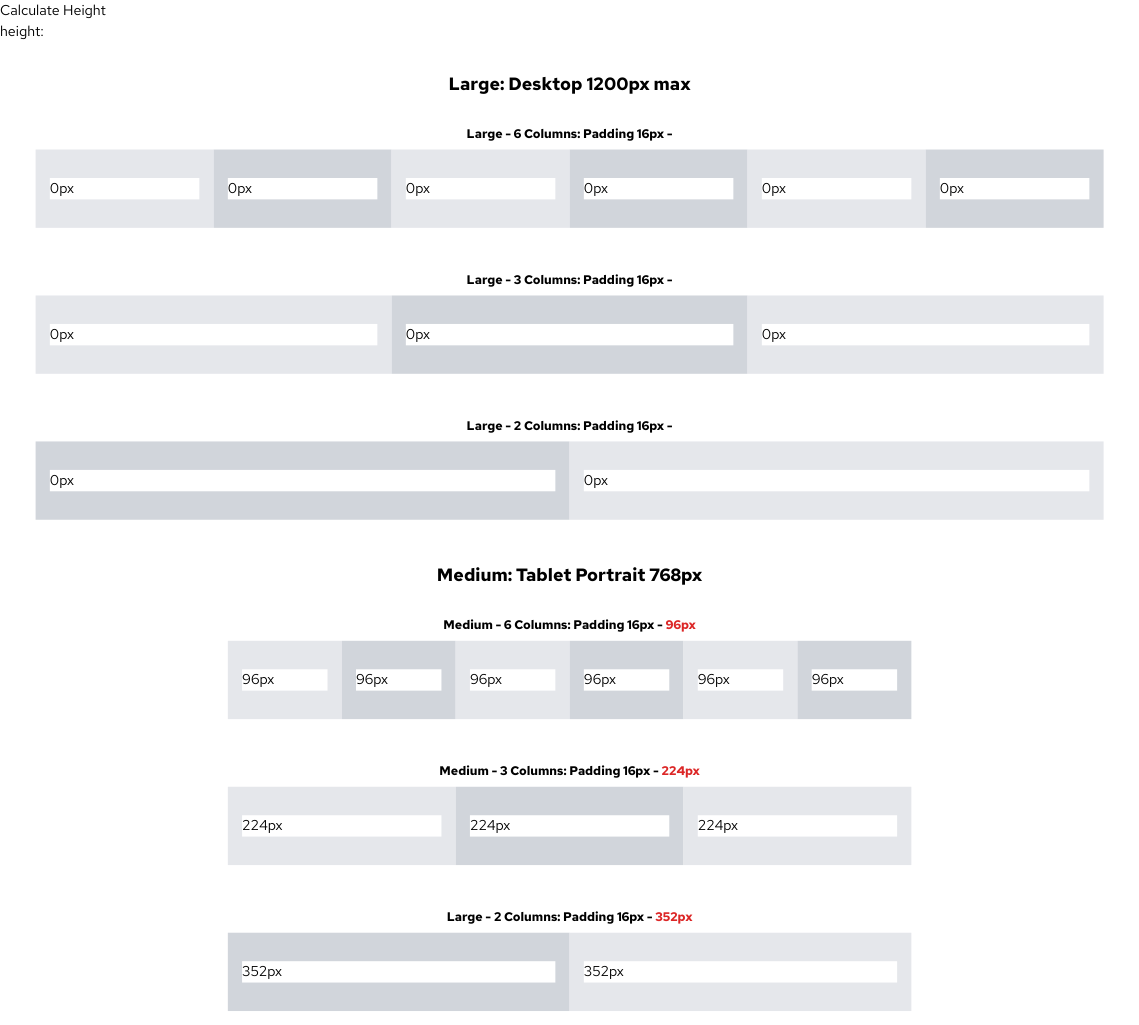
Repository: fabianwurk/vue-tailwind
Page: /
These files come from the project's save history. The page is drawn as it stood at one moment and after the next save; the edit follows.
The browser window is 1280 px wide. The pictures show the whole page, at 89% of full size.
The project was rebuilt for these pictures with package versions that can differ from the ones it lists, and the page was loaded fresh each time. Also part of the build but not shown: vite.config.js.

Above is the page before, as saved 2021-03-16 22:03:47.

After the next save:
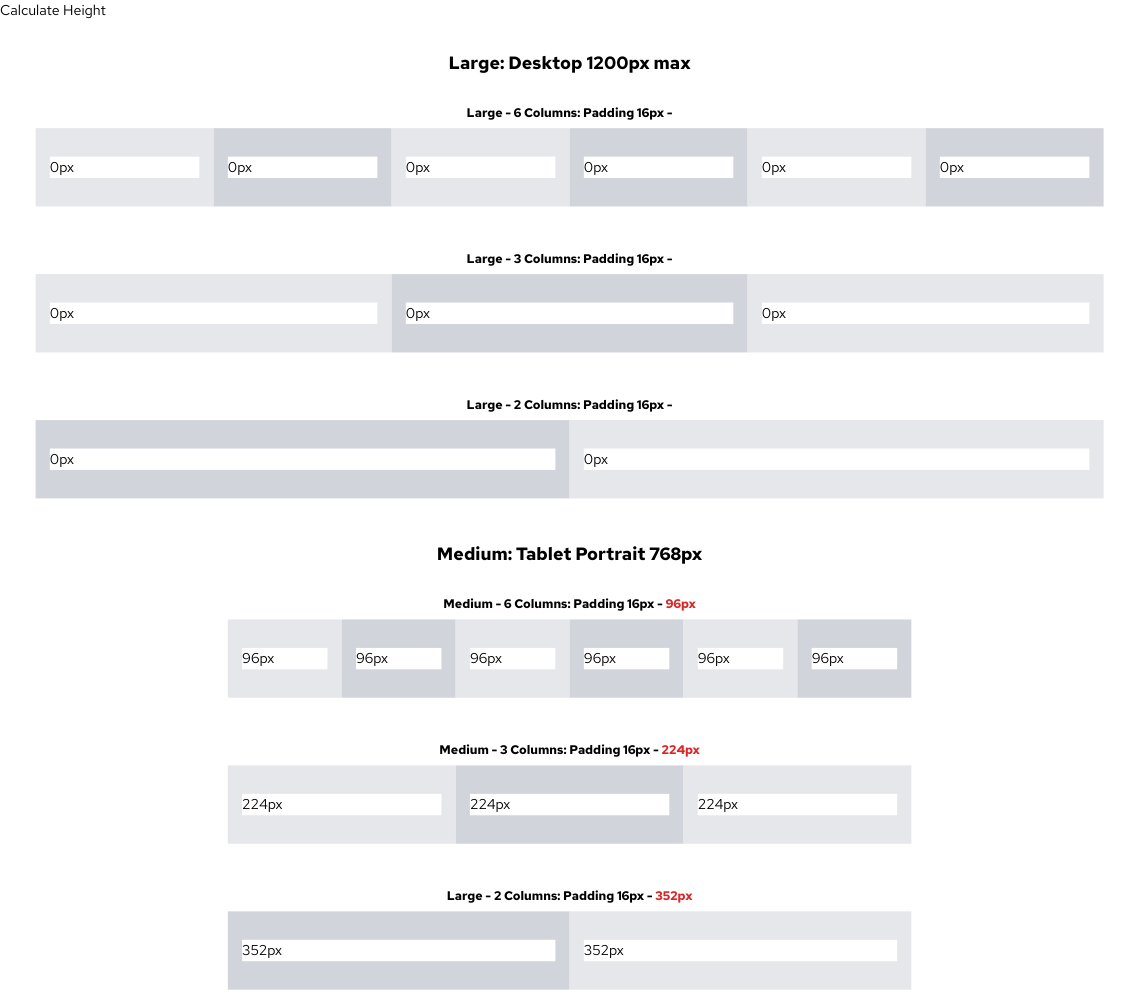
Saved 36 s later.
--- a/src/components/Large.vue
+++ b/src/components/Large.vue
@@ -1,7 +1,6 @@
 <template>
   <div>
   <button @click="calculateWidth()">Calculate Height</button>
-  <p>height: {{width}}</p>
   <h1 class="text-xl font-bold mb-2 mt-8 text-center">Large: Desktop 1200px max</h1>
   <div class="container mx-auto">
     <h2 class="text-sm font-bold mb-2 mt-8 text-center">Large - 6 Columns: Padding 16px - <span class="text-red-600">{{ sixCol }}</span></h2>
